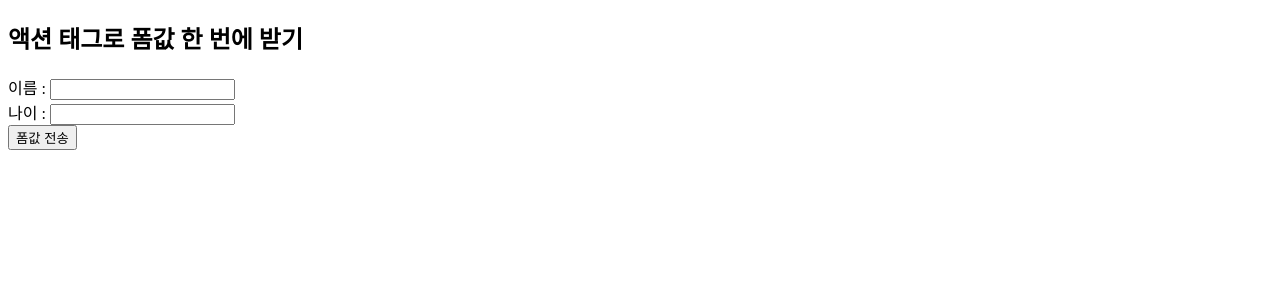
Repository: SteelIndustry/neo
Page: http://localhost/HelloWorld/07ActionTag/UseBeanForm.jsp
These files come from the project's save history. The page is drawn as it stood at one moment and after the next save; the edit follows.
The browser window is 1280 px wide. The pictures show the whole page.
The page is served by Tomcat 9.

Above is the page before, as saved 2022-09-07 02:12:17.

After the next save:
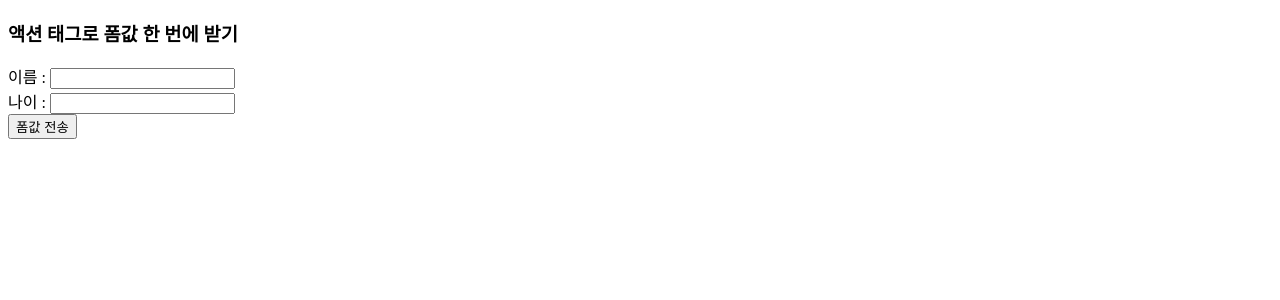
Saved 71 s later.
--- a/WebJSP/HelloWorld/WebContent/07ActionTag/UseBeanForm.jsp
+++ b/WebJSP/HelloWorld/WebContent/07ActionTag/UseBeanForm.jsp
@@ -8,7 +8,7 @@
 <title>액션 태그 - UseBean</title>
 </head>
 <body>
-	<h2>액션 태그로 폼값 한 번에 받기</h2>
+	<h3>액션 태그로 폼값 한 번에 받기</h3>
 	<form action="UseBeanAction.jsp" method="post">
 		이름 : <input type="text" name="name" /><br />
 		나이 : <input type="text" name="age" /><br />
